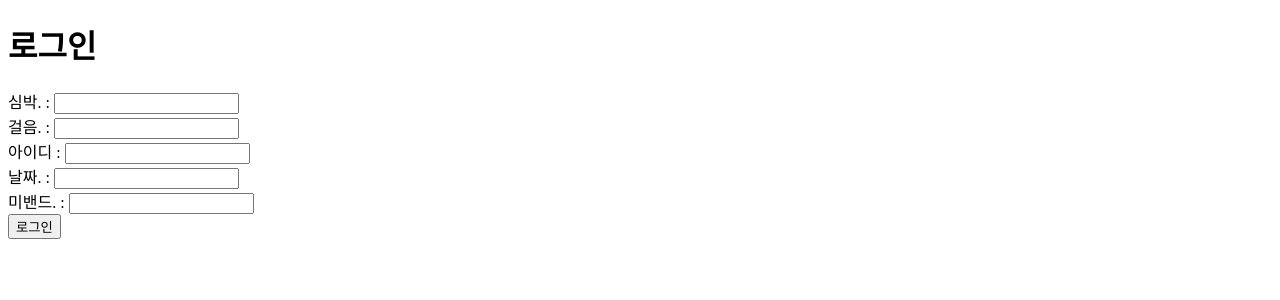
Repository: hynjin/SilverKeeper
Page: http://localhost/sk_server/connect.jsp
The author's editor kept a copy of each file at every save. The page is drawn from the files as they stood at one save, then again after the next save.
The browser window is 1280 px wide. The pictures show the whole page.
The page is served by Tomcat 9.

Above is the page before, as saved 2017-05-12 20:40:52.

After the next save:
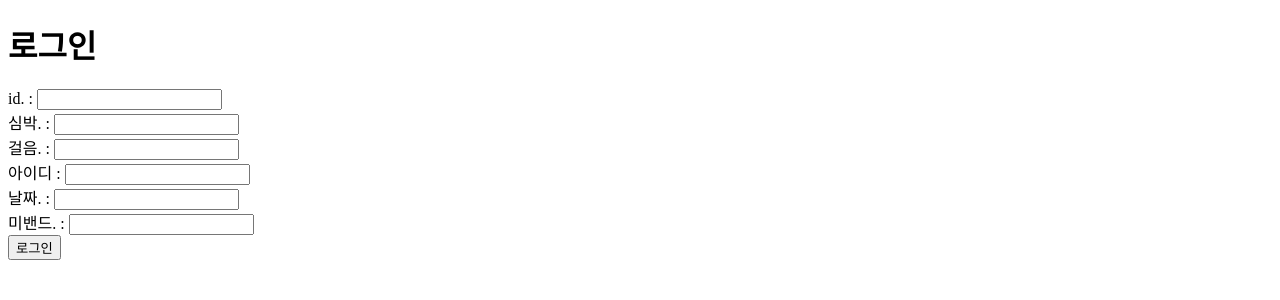
Saved 71 s later.
--- a/sk_tomcat/sk_server/WebContent/connect.jsp
+++ b/sk_tomcat/sk_server/WebContent/connect.jsp
@@ -9,6 +9,7 @@
 <body>
 <h1>로그인 </h1>
 <form action="receiveSilverData" method="post">
+id. : <input type="text" name="silverID"/><br/>
 심박. : <input type="text" name="heartRate"/><br/>
 걸음. : <input type="text" name="walkCount"><br/>
 아이디 : <input type="text" name="identifyNumber"/><br/>
